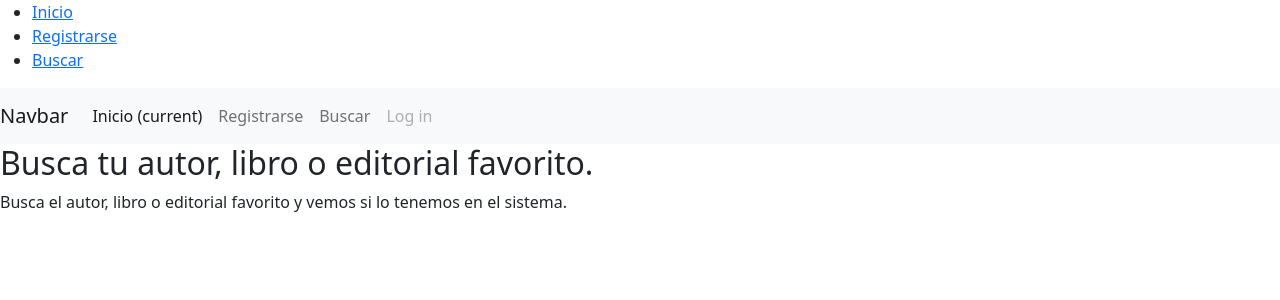
Repository: frnalonso/libreria
Page: src/main/resources/templates/buscar.html
These files come from the project's save history. The page is drawn as it stood at one moment and after the next save; the edit follows.
The browser window is 1280 px wide. The pictures show the whole page.

Above is the page before, as saved 2021-11-05 05:46:14.

After the next save:
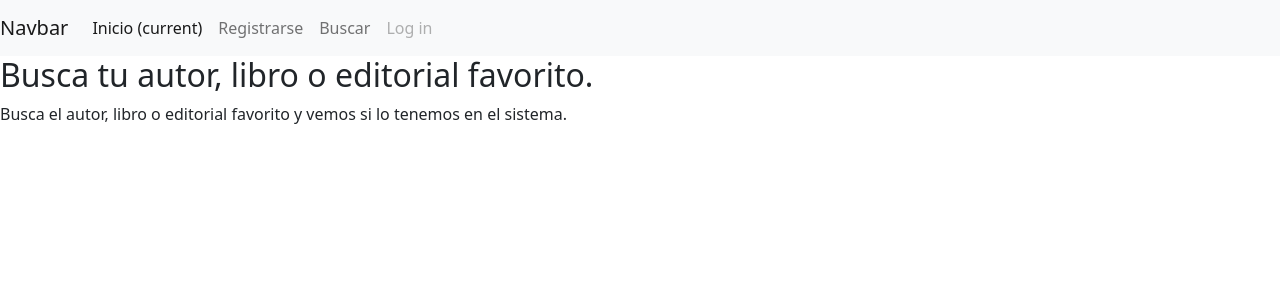
Saved 5 s later.
--- a/src/main/resources/templates/buscar.html
+++ b/src/main/resources/templates/buscar.html
@@ -11,14 +11,6 @@
     <title>Hello, world!</title>
   </head>
   <body>
-    <nav>
-        <ul>
-            <li><a href="/">Inicio</a></li>
-            <li><a href="/registro">Registrarse</a></li>
-            <li><a href="/buscar">Buscar</a></li>
-        </ul>
-    </nav>
-
     <nav class="navbar navbar-expand-lg navbar-light bg-light">
         <a class="navbar-brand" href="#">Navbar</a>
         <button class="navbar-toggler" type="button" data-toggle="collapse" data-target="#navbarNavAltMarkup" aria-controls="navbarNavAltMarkup" aria-expanded="false" aria-label="Toggle navigation">
